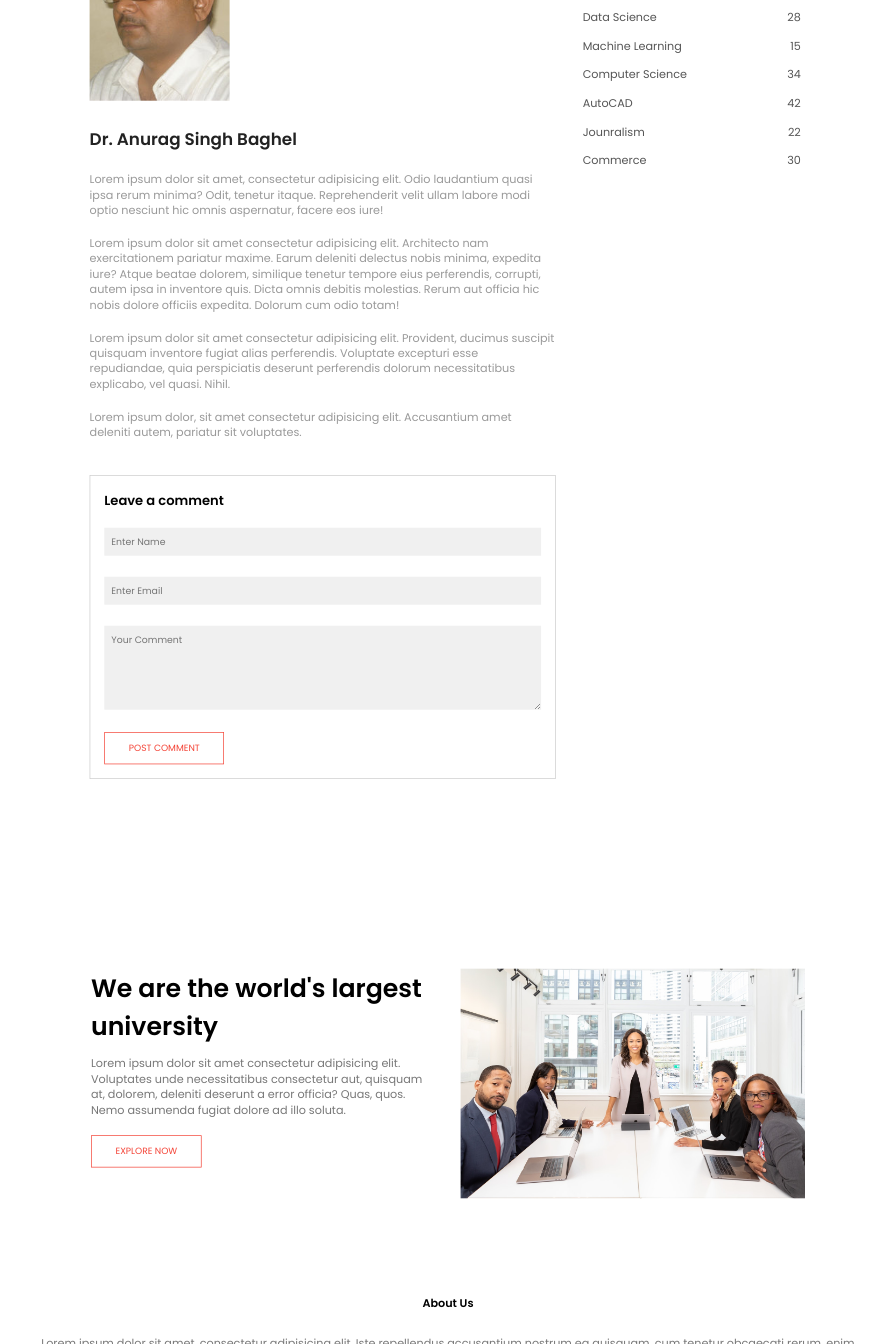
Repository: xoshiraghavx/Gbu-faculty
Page: 6th trail.html
These files come from the project's save history. The page is drawn as it stood at one moment and after a run of saves; the edit follows.
The browser window is 1280 px wide. The pictures show the part of the page from y = 577 to 2497 px (the page is 2664 px tall before and 2689 px after), at 70% of full size.

Above is the page before, as saved 2023-08-12 02:02:25.

### 6th trail.html
<!DOCTYPE html>
<html lang="en">
<head>
    <meta charset="UTF-8">
    <meta http-equiv="X-UA-Compatible" content="IE=edge">
    <meta name="viewport" content="width=device-width, initial-scale=1.0">
    <title>kya hoga mera</title>
    <link rel="stylesheet" href="../css/6th trial.css">
    <link rel="preconnect" href="https://fonts.googleapis.com">
<link rel="preconnect" href="https://fonts.gstatic.com" crossorigin>
<link href="https://fonts.googleapis.com/css2?family=Poppins:wght@100;200;300;400;600;700&family=Righteous&display=swap" rel="stylesheet">
<link rel="stylesheet" href="https://stackpath.bootstrapcdn.com/font-awesome/4.7.0/css/font-awesome.min.css">
</head>
<body>
    <section class="sub-header">
        <nav>
            <a href="6th trail.html"><img src="../img/download.jpg" alt=""></a>
            <div class="nav-links" id="navLinks">
                <i class="fa fa-times" onclick="hideMenu()"></i>
                <ul>
                    <li><a href="6th trail.html">HOME</a></li>
                </ul>
            </div>
            <i class="fa fa-bars" onclick="showMenu()"></i>
        </nav>
        <h1>Our College Faculty</h1>
    </section>

    <!-- --------Blong content---------- -->
    <section class="blog-content">
        <div class="row">
            <div class="blog-left">
                <img src="../img/asb.jpg" alt="">
                <span><h2>Dr. Anurag Singh Baghel</h2>

                <p>Lorem ipsum dolor sit amet, consectetur adipisicing elit. Odio laudantium quasi ipsa rerum minima? Odit, tenetur itaque. Reprehenderit velit ullam labore modi optio nesciunt hic omnis aspernatur, facere eos iure!</p>
                <br>
                <p>Lorem ipsum dolor sit amet consectetur adipisicing elit. Architecto nam exercitationem pariatur maxime. Earum deleniti delectus nobis minima, expedita iure? Atque beatae dolorem, similique tenetur tempore eius perferendis, corrupti, autem ipsa in inventore quis. Dicta omnis debitis molestias. Rerum aut officia hic nobis dolore officiis expedita. Dolorum cum odio totam!</p>
                <br>
                <p>Lorem ipsum dolor sit amet consectetur adipisicing elit. Provident, ducimus suscipit quisquam inventore fugiat alias perferendis. Voluptate excepturi esse repudiandae, quia perspiciatis deserunt perferendis dolorum necessitatibus explicabo, vel quasi. Nihil.</p>
                <br>
                <p>Lorem ipsum dolor, sit amet consectetur adipisicing elit. Accusantium amet deleniti autem, pariatur sit voluptates.</p>
                <div class="comment-box">
                    <h3>Leave a comment</h3>
                    <form class="comment-form">
                        <input type="text" placeholder="Enter Name">
                        <input type="email" placeholder="Enter Email">
                        <textarea rows="5" placeholder="Your Comment"></textarea>
                        <button type="submit" class="hero-btn red-btn">POST COMMENT</button>
                    </form>
                </div>
            </div>
            <div class="blog-right">
                <h3>Post Categories</h3>
                <div>
                    <span>Business Analytics</span>
                    <span>21</span>
                </div>
                <div>
                  <span>Data Science</span>
                  <span>28</span>
                </div>
                <div>
                  <span>Machine Learning</span>
                  <span>15</span>
                </div>
                <div>
                  <span>Computer Science</span>
                  <span>34</span>
                </div>
                <div>
                  <span> AutoCAD</span>
                  <span>42</span>
                </div>
                <div>
                  <span> Jounralism</span>
                  <span>22</span>
                </div>
                <div>
                  <span>Commerce</span>
                  <span>30</span>
                </div>
             </div>
        </div>
    </section>

    <!-- -------about us content---------->
    <section class="about-us">
        <div class="row">
            <div class="about-col">
                <h1>We are the world's largest university</h1>
                <p>Lorem ipsum dolor sit amet consectetur adipisicing elit. Voluptates unde necessitatibus consectetur aut, quisquam at, dolorem, deleniti deserunt a error officia? Quas, quos. Nemo assumenda fugiat dolore ad illo soluta.</p>
                <a href="" class="hero-btn red-btn">EXPLORE NOW</a>
            </div>
            <div class="about-col">
                <img src="../img/aboutuniversity.jpg" alt="">
            </div>
        </div>



    </section>

<!-- --------footer--------- -->
<section class="footer">
    <h4>About Us</h4>
    <p>Lorem ipsum dolor sit amet, consectetur adipisicing elit. Iste repellendus accusantium nostrum ea quisquam, cum tenetur obcaecati rerum, enim <br> neque minima soluta. Sunt explicabo praesentium aperiam voluptas inventore, in laborum.</p>
    <div class="icons">
        <i class="fa fa-facebook" aria-hidden="true"></i>
        <i class="fa fa-twitter" aria-hidden="true"></i>
        <i class="fa fa-instagram" aria-hidden="true"></i>
        <i class="fa fa-youtube" aria-hidden="true"></i>
    </div>
    <p>Made with <i class="fa fa-heart" aria-hidden="true"></i> by oshi Raghav</p>






</section>





<!-- ---------------javascript for toggle menu ----------------->
    <script>
        var navLinks = document.getElementById("navLinks");
        function showMenu(){
            navLinks.style.right = "0";
        }

        function hideMenu(){
            navLinks.style.right = "-200px";
        }

    </script>
</body>
</html>

### css/6th trial.css
*{
    margin: 0;
    padding: 0;
    font-family: 'poppins', sans-serif;
}
.header{
    min-height: 100vh;
    width: 100%;
    background: linear-gradient(rgba(4,9,30,0.7),rgba(4,9,30,0.7)),url(../img/university.png);
background-repeat: no-repeat;
    background-position: bottom;
    background-size: cover;
    position: relative;
}
nav{
    display: flex;
    padding: 2% 6%;
    justify-content: space-between;
    align-items: center;
}
nav img{
    width: 200px;
}
.nav-links{
    flex: 1;
    text-align: right;
}
.nav-links ul li{
    list-style: none;
    display: inline-block;
    padding: 8px 12px;
    position: relative;
}
.nav-links ul li a{
    color: #fff;
    text-decoration: none;
    font-size: 13px;
}
.nav-links ul li::after{
    content: '';
    width: 0%;
    height: 2px;
    background: #f44336;
    display: block;
    margin: auto;
    transition: 0.5s;
}
.nav-links ul li:hover::after{
    width: 100%;
}
.text-box{
    width: 90%;
    color: #fff;
    position: absolute;
    top: 50%;
    left: 50%;
    transform: translate(-50%,-50%);
    text-align: center;
}
.text-box h1{
    font-size: 62px;
}
.text-box p{
    margin: 10px 0 40px;
    font-size: 14px;
    color: #fff;
}
.hero-btn{
    display: inline-block;
    text-decoration: none;
    color: #fff;
    border: 1px solid #fff;
    padding: 12px 34px;
    font-size: 13px;
    background: transparent;
    position: relative;
    cursor: pointer;
}
.hero-btn{
    display: inline-block;
    text-decoration: none;
    color: #fff;
    border: 1px solid #fff;
    padding: 12px 34px;
    font-size: 13px;
    background: transparent;
    position: relative;
    cursor: pointer;
}
.hero-btn:hover{
    border: 1px solid #f44336;
    background: #f44336;
    transition: 1s;
}
nav .fa{
    display: none;
}
@media(max-width: 700px){
    .text-box h1{
        font-size: 20px;
    }
    .nav-links ul li{
        display: block;
    }
    .nav-links{
        position: fixed;
        background: #f44336;
        height: 100vh;
        width: 200px;
        top: 0;
        right: -200px;
        text-align: left;
        z-index: 2;
        transition: 1s;
    }
    nav .fa{
        display: block;
        color: #fff;
        margin: 10px;
        font-size: 22px;
        cursor: pointer;
    }
    .nav-links ul{
        padding: 30px;
    }
}
/* -------- course----- */
.course{
    width: 80%;
    margin: auto;
    text-align: center;
    padding-top: 80px;
}
h1{
    font-size: 36px;
    font-weight: 600;
}
p{
    color: #777;
    font-size: 300;
    line-height: 22px;
    padding: 10px;
}
.row{
    margin-top: 5%;
    display: flex;
    justify-content: space-between;
}
.course-col{
    flex-basis: 31%;
    background: #fff3f3;
    border-radius: 10px;
    margin-bottom: 5%;
    padding: 20px 12px;
    box-sizing: border-box;
    transition: 0.5s;
}
h3{
    text-align: center;
    font-weight: 600;
    margin: 10px 0px;
}
.course-col:hover{
    box-shadow: rgba(241, 128, 128, 0.25) 0px 54px 55px, rgba(233, 177, 177, 0.12) 0px -12px 30px, rgba(238, 209, 209, 0.12) 0px 4px 6px, rgba(230, 100, 100, 0.17) 0px 12px 13px, rgba(250, 27, 27, 0.09) 0px -3px 5px;
}
@media(max-width: 700px){
    .row{
        flex-direction: column;
    }

}
/* -------- campus------ */
.campus{
    width: 80%;
    margin: auto;
    text-align: center;
    padding-top: 50px;
}
.campus-col{
    flex-basis: 32%;
    border-radius: 10px;
    margin-bottom: 30px;
    position: relative;
    overflow: hidden;
}
.campus-col img{
    width: 100%;
    display: block;
}
.layer{
    background: transparent;
    height: 100%;
    width: 100%;
    position: absolute;
    top: 0;
    left: 0;
    transition: 0.5s;
}
.layer:hover{
    background: rgb(226, 0, 0,0.7);
}
.layer h3{
    width: 100%;
    font-weight: 500;
    color: #fff;
    font-size: 26px;
    bottom: 0;
    left: 50%;
    transform: translateX(-50%);
    position: absolute;
    opacity: 0;
    transition: 0.5s;
}
.layer:hover h3{
    bottom: 49%;
    opacity: 1;
}
/* ---------facilities-------- */
.facilities{
    width: 80%;
    margin: auto;
    text-align: center;
    padding-top: 50px;
}
.facilities-col{
    flex-basis: 31%;
    border-radius: 10px;
    text-align: left;
    margin-bottom: 5%;
}
.facilities-col img{
    width: 100%;
    border-radius: 10px;
}
.facilities-col p{
    padding: 0;
}
.facilities-col h3{
    margin-top: 16px;
    margin-bottom: 15px;
    text-align: left;
}
/* ------- testimonials------- */
.testimonials{
    width: 80%;
    padding-top: 50px;
    text-align: center;
    margin: auto;
}
.testimonial-col{
    flex-basis: 40%;
    border-radius: 10px;
    margin-bottom: 5%;
    text-align: left;
    background: #fff3f3;
    padding: 25px;
    cursor: pointer;

}
.testimonial-col img{
    height: 40px;
    margin-left: 5px;
    margin-right: 30px;
    border-radius: 50%;
}
.testimonial-col p{
    padding: 0;
}
.testimonial-col h3{
    margin-top: 15px;
    text-align: left;
}
.testimonial-col .fa{
    color: #f44336;
}
@media(max-width: 700px){
    .testimonial-col img{
        margin-left: 0px;
        margin-right: 15px;
    }
}

/* -------call to action------- */
.cta{
    margin: 100px auto;
    width: 80%;
    background: linear-gradient(rgba(0,0,0,0.7), rgba(0,0,0,0.7)),url(../img/banner2.jpg);
    background-position: center;
    background-size: cover;
    border-radius: 10px;
    text-align: center;
    padding: 100px 0;
}
.cta h1{
    color: #fff ;
    margin-bottom: 40px;
    padding: 0;
}

@media(max-width: 700px){
    .cta h1{
        font-size: 24px;
    }
}

/* ---------footer----------- */
.footer{
    width: 100%;
    text-align: center;
    padding: 30px 0;
}
.footer h4{
    margin-bottom: 25px;
    margin-top: 20px;
    font-weight: 600;
}
.icons .fa{
    color: #f44336;
    margin: 0 13px;
    cursor: pointer;
    padding: 18px 0;
}
.fa-heart-o{
    color: #f44336;
}

/* -------about us page------- */
.sub-header{
    height: 50vh;
    width: 100%;
    background-image: linear-gradient(rgba(4,9,30,0.7),rgba(4,9,30,0.7)),url(../img/scholors.jpg);
    background-position: center;
    background-size: cover;
    text-align: center;
    color: #fff;
}
.sub-header h1{
    margin-top: 100px;
}
.about-us{
    width: 80%;
    margin: auto;
    padding-top: 80px;
    padding-bottom: 50px;
}
.about-col{
    flex-basis: 48%;
    padding: 30px 2px;
}
.about-col img{
    width: 100%;
}
.about-col h1{
    padding-top: 0;
}
.about-col p{
    padding: 15px 0 25px;
}
.red-btn{
    border: 1px solid #f44336;
    background: transparent;
    color: #f44336;
}
.red-btn:hover{
    color: #fff;
}

/* -------blog-content---------- */
.blog-content{
    width: 80%;
    margin: auto;
    padding: 60px 0;
}
.blog-left{
    flex-basis: 65%;
}
.blog-left img{
    width: 30%;
}
.blog-left h2{
    color: #222;
    font-weight: 600;
    margin: 30px 0;
}
.blog-left p{
    color: #999;
    padding: 0;
}
.blog-right{
    flex-basis: 32%;
}
.blog-right h3{
    background: #f44336;
    color: #fff;
    padding: 7px 0;
    font-size: 16px;
    margin-bottom: 20px;
}
.blog-right div{
    display: flex;
    align-items: center;
    justify-content: space-between;
    color: #555 ;
    padding: 8px;
    box-sizing: border-box;
}
.comment-box{
    border: 1px solid #ccc;
    margin: 50px 0;
    padding: 10px 20px;
}
.comment-box h3{
    text-align: left;
}
.comment-form input, .comment-form textarea{
    width: 100%;
    padding: 10px;
    margin: 15px 0;
    box-sizing: border-box;
    border: none;
    outline: none;
    color: #222;
    background: #f0f0f0;
}
.comment-form button{
    margin: 10px 0;
}
@media(max-width:700px){
    .sub-header h1{
        font-size: 24px;
    }
}
/* ----contact us----- */
.location{
    width: 80%;
    margin: auto;
    padding: 80px 0;
}
.location iframe{
    width: 100%;

}
.contact-us{
    width: 80%;
    margin: auto;
}
.contact-col{
    flex-basis: 48%;
    margin-bottom: 30px;
}
.contact-col div{
    display: flex;
    align-items: center;
    margin-bottom: 40px;
}
.contact-col div .fa{
    font-size: 28px;
    color: #f44336;
    margin: 10px;
    margin-right: 30px;
}
.contact-col div p{
    padding: 0;
}
.contact-col div h5{
    font-size: 20px;
    margin-bottom: 5px;
    color: #555;
    font-weight: 400;
}
.contact-col input, .contact-col textarea{
    width: 100%;
    padding: 15px;
    margin-bottom: 17px;
    outline: none;
    border: 1px solid #ccc;
    box-sizing:border-box ;
}

After the next 3 saves:
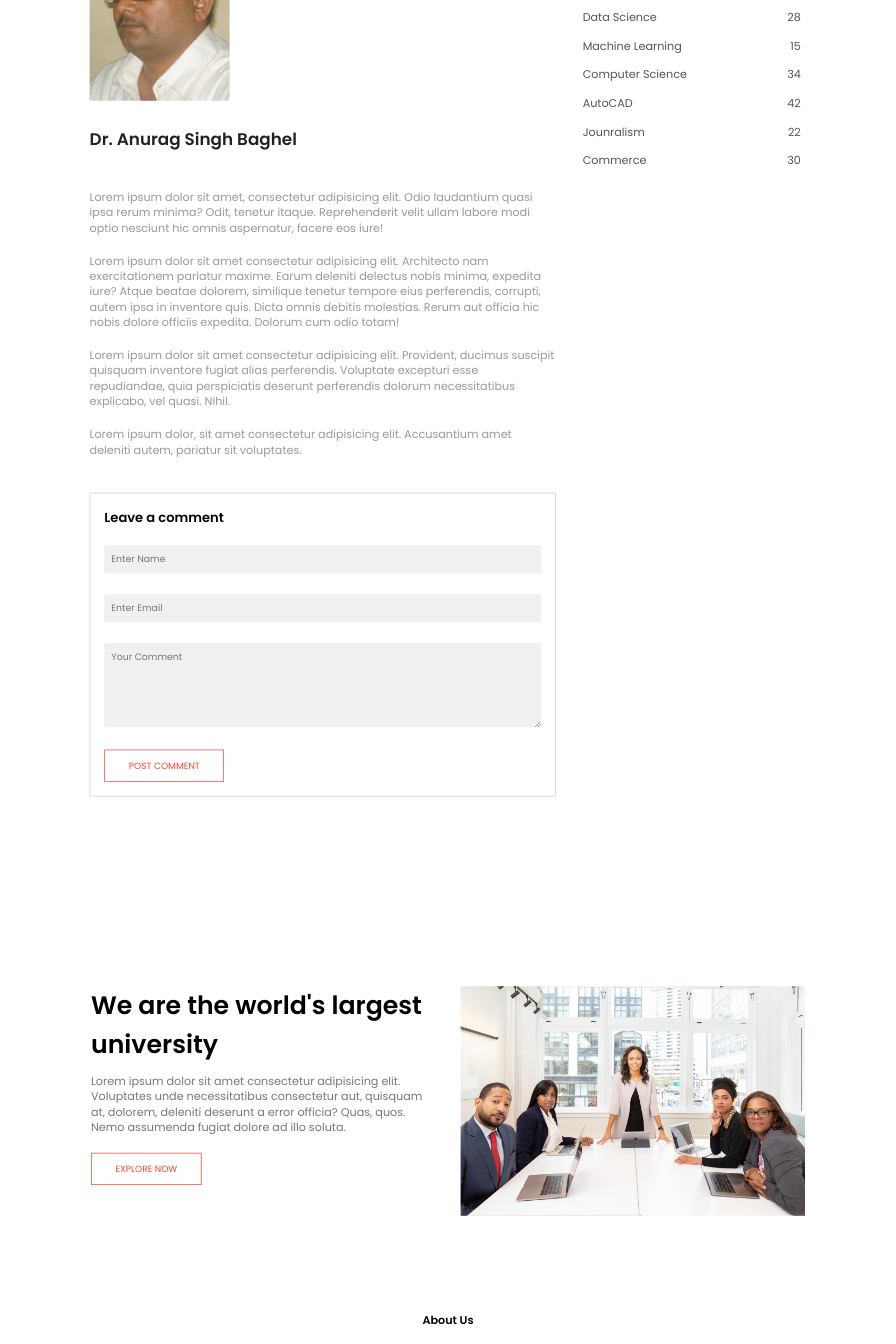
The 3 saves are shown as one change because they came seconds apart.
The last was saved 10 s later.
--- a/6th trail.html
+++ b/6th trail.html
@@ -31,7 +31,7 @@
         <div class="row">
             <div class="blog-left">
                 <img src="../img/asb.jpg" alt="">
-                <span><h2>Dr. Anurag Singh Baghel</h2>
+                <span><h2>Dr. Anurag Singh Baghel</h2><br><p></p></span>
 
                 <p>Lorem ipsum dolor sit amet, consectetur adipisicing elit. Odio laudantium quasi ipsa rerum minima? Odit, tenetur itaque. Reprehenderit velit ullam labore modi optio nesciunt hic omnis aspernatur, facere eos iure!</p>
                 <br>
